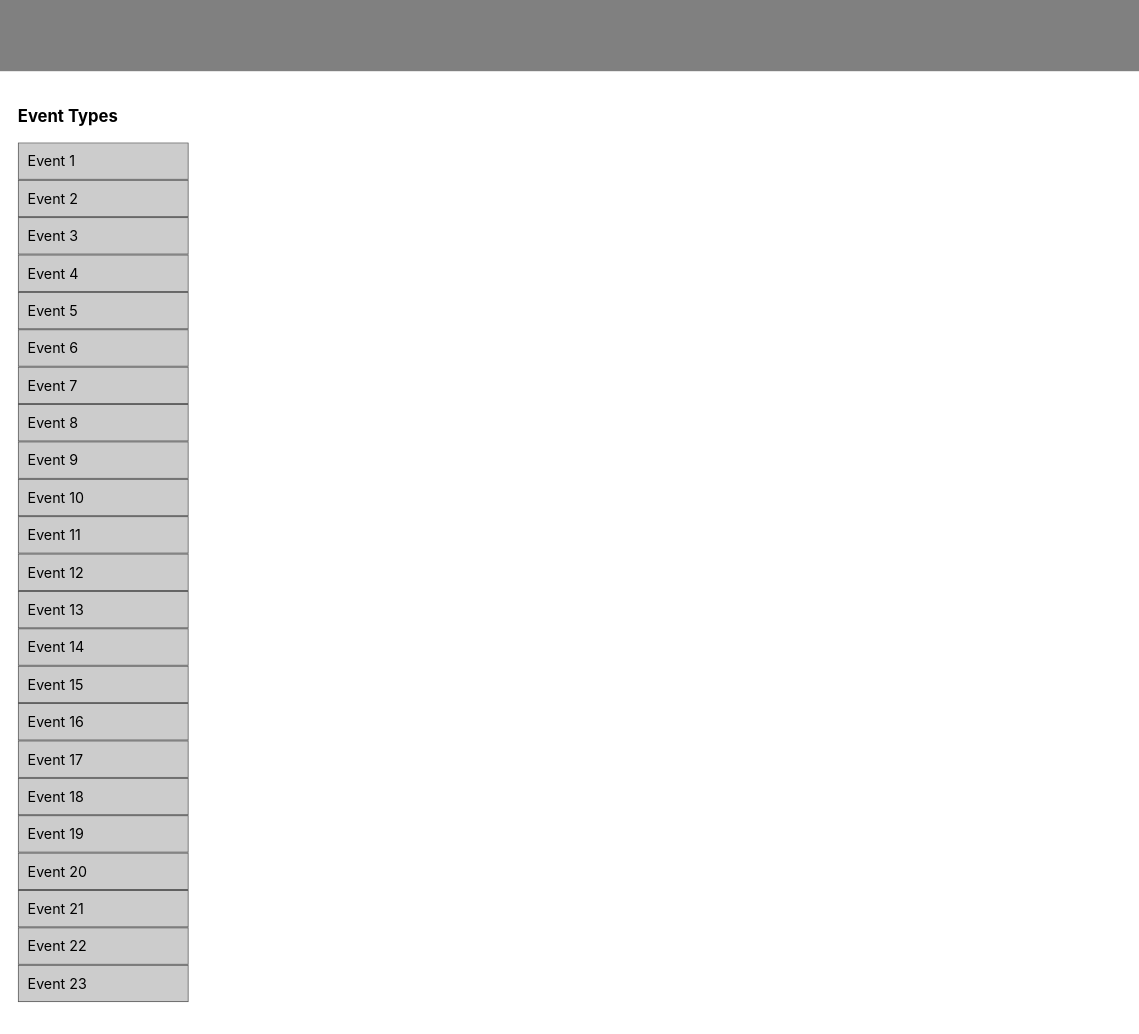
Repository: TauqeerHusain/Assignment
Page: /
These files come from the project's save history. The page is drawn as it stood at one moment and after the next save; the edit follows.
The browser window is 1280 px wide. The pictures show the whole page, at 89% of full size.
The project was rebuilt for these pictures with package versions that can differ from the ones it lists, and the page was loaded fresh each time.

Above is the page before, as saved 2023-02-07 11:08:04.

After the next save:
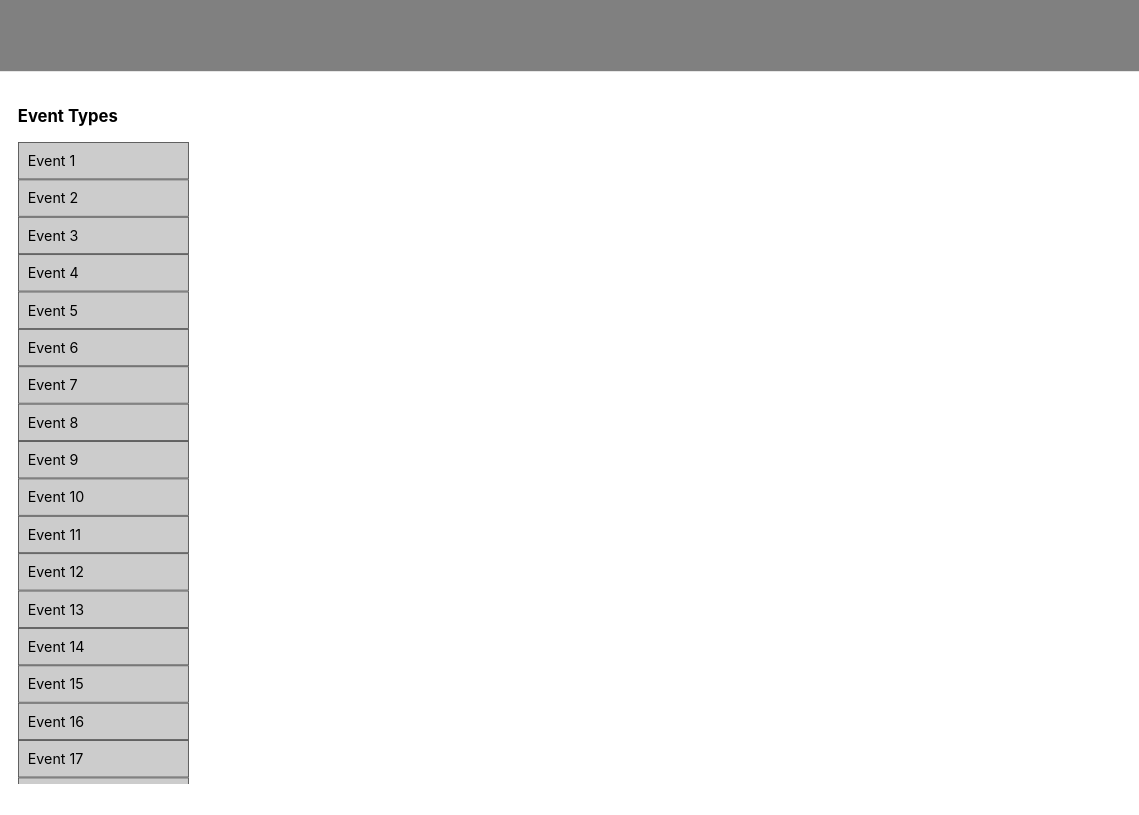
Saved 51 s later.
--- a/src/App.js
+++ b/src/App.js
@@ -529,7 +529,12 @@ const App = () => {
         <div style={{ width: "15%", padding: "20px" }}>
           <h3>Event Types</h3>
           <ul
-            style={{ listStyleType: "none", padding: 0, overflowY: "scroll" }}
+            style={{
+              listStyleType: "none",
+              padding: 0,
+              overflowY: "scroll",
+              height: "100vh",
+            }}
           >
             {events.map((event) => (
               <li
